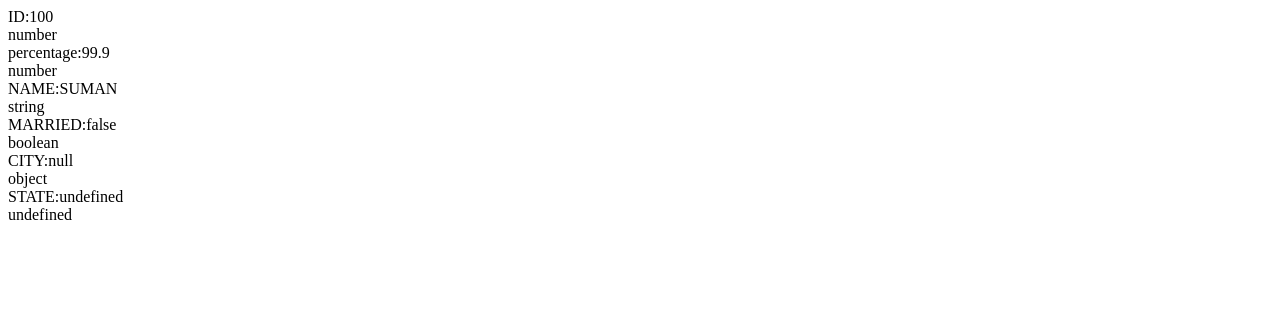
Repository: arindamslt/JEECoding
Page: JEE_FRONTEND/src/main/webapp/01JavascriptVariable.html
The author's editor kept a copy of each file at every save. The page is drawn from the files as they stood at one save, then again after the next save.
The browser window is 1280 px wide. The pictures show the whole page.

Above is the page before, as saved 2025-07-17 05:33:31.

After the next save:
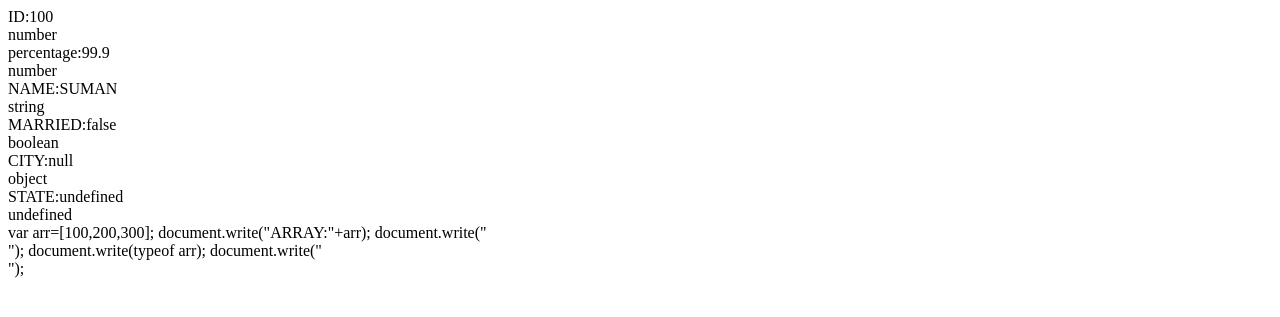
Saved 2 min 33 s later.
--- a/JEE_FRONTEND/src/main/webapp/01JavascriptVariable.html
+++ b/JEE_FRONTEND/src/main/webapp/01JavascriptVariable.html
@@ -35,6 +35,11 @@
 	document.write(typeof state);
 	document.write("<br/>");
 	</script>
+	var arr=[100,200,300];
+	document.write("ARRAY:"+arr);
+	document.write("<br/>");
+	document.write(typeof arr);
+	document.write("<br/>");
 </head>
 <body>
 
